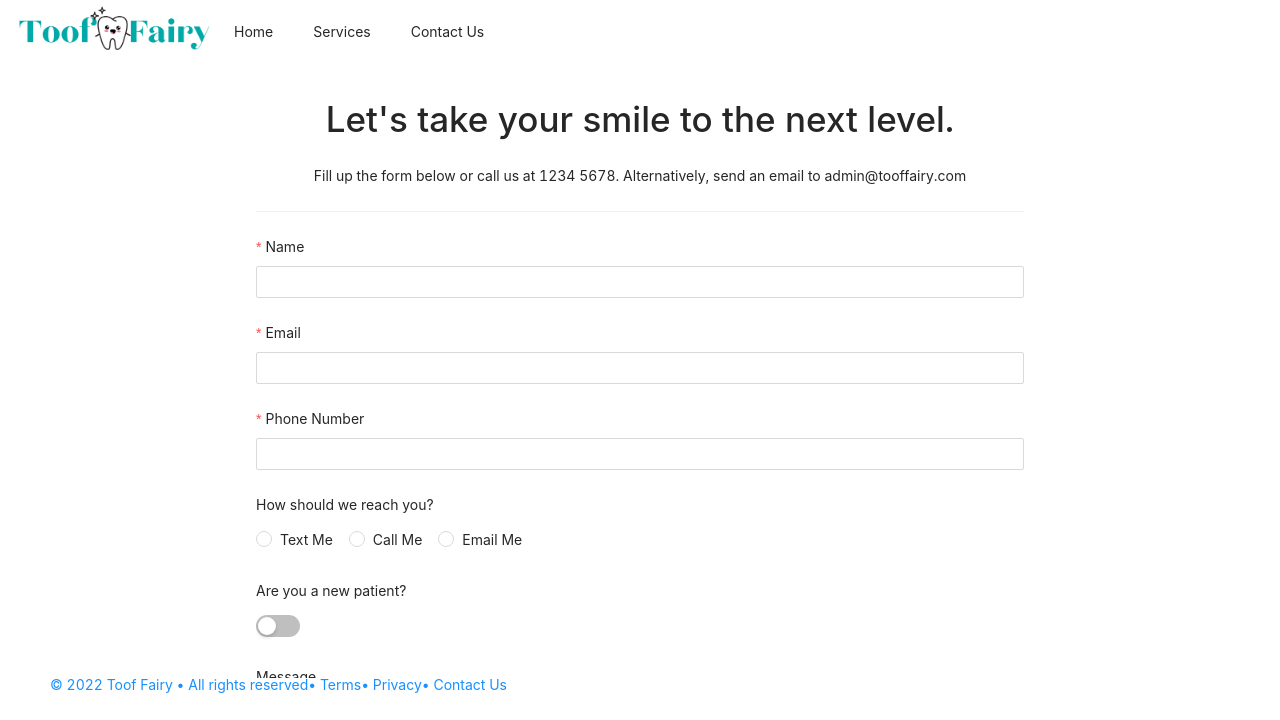
Repository: neldad1/dentist-app
Page: /contact
The author's editor kept a copy of each file at every save. The page is drawn from the files as they stood at one save, then again after the next save.
The browser window is 1280 px wide. The pictures show the whole page.
An inner scrolling area shows only its first screen. The project was rebuilt for these pictures with package versions that can differ from the ones it lists, and the page was loaded fresh each time. Also part of the build but not shown: src/components/Home.jsx, src/components/Services/ToofImg.jsx, src/components/Services/Cosmetic.jsx, src/components/Services/Restorative.jsx, src/components/Services/Preventative.jsx.

Above is the page before, as saved 2022-03-10 14:03:50.

### public/index.html
<!DOCTYPE html>
<html lang="en">
  <head>
    <meta charset="utf-8" />
    <link rel="icon" href="%PUBLIC_URL%/favicon.svg" type="image/svg+xml">
    <meta name="viewport" content="width=device-width, initial-scale=1" />
    <meta name="theme-color" content="#000000" />
    <meta
      name="description"
      content="Web site created using create-react-app"
    />
    <link rel="apple-touch-icon" href="%PUBLIC_URL%/logo192.png" />
    <!--
      manifest.json provides metadata used when your web app is installed on a
      user's mobile device or desktop. See https://developers.google.com/web/fundamentals/web-app-manifest/
    -->
    <link rel="manifest" href="%PUBLIC_URL%/manifest.json" />
    <!--
      Notice the use of %PUBLIC_URL% in the tags above.
      It will be replaced with the URL of the `public` folder during the build.
      Only files inside the `public` folder can be referenced from the HTML.

      Unlike "/favicon.ico" or "favicon.ico", "%PUBLIC_URL%/favicon.ico" will
      work correctly both with client-side routing and a non-root public URL.
      Learn how to configure a non-root public URL by running `npm run build`.
    -->
    <title>React App</title>
  </head>
  <body>
    <noscript>You need to enable JavaScript to run this app.</noscript>
    <div id="root"></div>
    <!--
      This HTML file is a template.
      If you open it directly in the browser, you will see an empty page.

      You can add webfonts, meta tags, or analytics to this file.
      The build step will place the bundled scripts into the <body> tag.

      To begin the development, run `npm start` or `yarn start`.
      To create a production bundle, use `npm run build` or `yarn build`.
    -->
  </body>
</html>

### src/index.js
import React from 'react';
import ReactDOM from 'react-dom';
import './index.css';
import App from './App';
import reportWebVitals from './reportWebVitals';

ReactDOM.render(
  //<React.StrictMode>
  <App />,
  //</React.StrictMode>,
  document.getElementById('root')
);

// If you want to start measuring performance in your app, pass a function
// to log results (for example: reportWebVitals(console.log))
// or send to an analytics endpoint. Learn more: https://bit.ly/CRA-vitals
reportWebVitals();

### src/App.js
import { BrowserRouter } from 'react-router-dom';

import 'antd/dist/antd.min.css';
import './App.css';
import AppRoutes from './AppRoutes';
import { Layout } from 'antd';
import HeaderLogo from './components/Header/HeaderLogo';
import Navigation from './components/Header/Navigation';
import { Link } from 'react-router-dom';
const { Header, Footer, Content } = Layout;

function App() {
  return (
    <BrowserRouter>
      <Layout className="layout">
        <Header className="header">
          <HeaderLogo />
          <Navigation />
        </Header>
        <Content>
          <AppRoutes />
        </Content>
        <Footer className="footer">
          <Link to="/rights">© 2022 Toof Fairy • All rights reserved </Link>
          <Link to="/terms">• Terms </Link>
          <Link to="/privacy">• Privacy </Link>
          <Link to="/contact">• Contact Us </Link>
        </Footer>
      </Layout>
    </BrowserRouter>
  );
}

export default App;

### src/App.css

h1 {
  font-size: 2.5em;
}

.layout {
  height: 100vh;
  width: 100vw;
  text-align: center;
  background: #fff;
}

.header {
  background: #fff;
  padding: 0 1em;
}

.menu {
  background: #fff;
  border: none;
  outline: none;
}

.logo {
  width: 200px;
  height: 50px;
  float: left;
  margin-top: 4px;
}

.footer {
  background: #fff;
  display: flex;
}

.intro-wrapper {
  text-align: center;
}

.home {
  width: 100%;
  height: 100%;
  margin: 2em 0;
  display: flex;
  justify-content: center;
  align-items: center;
  background-image: url('/public/tfBackground.jpg');
  background-size: cover;
  background-repeat: no-repeat;
}

.content-wrapper {
  width: 50%;
  font-family: 'Segoe UI', sans-serif;
  margin-left: 10em;
  color: whitesmoke;
  display: block;
}
.tagline1 {
  font-weight: bolder;
  font-size: 2em;
  margin: 0;
  line-height: 1;
}

.contact-form {
  text-align: left;
}

.main-content {
  height: 100%;
  width: 60%;
  overflow-y: scroll;
  display: block;
  margin: 2em auto;
}

.service-info {
  display: flex;
  text-align: left;
  margin-bottom: 1em;
  align-items: center;
}

.service-definition {
  margin-left: 1.5em;
}

@media screen and (max-width: 768px) {
  .main-content {
    width: 100%;
    margin: 0.5em;
  }
}

### src/AppRoutes.jsx
import { Route, Routes } from 'react-router-dom';
import Home from './components/Home';
import Contact from './components/Contact';
import Cosmetic from './components/Services/Cosmetic';
import Restorative from './components/Services/Restorative';
import Preventative from './components/Services/Preventative';

const AppRoutes = () => {
  return (
    <Routes>
      <Route exact path="/" element={<Home />} />
      <Route path="/cosmetic" element={<Cosmetic />} />
      <Route path="/restorative" element={<Restorative />} />
      <Route path="/preventative" element={<Preventative />} />
      <Route path="/contact" element={<Contact />} />
    </Routes>
  );
};

export default AppRoutes;

### src/components/Header/HeaderLogo.jsx
import { Link } from 'react-router-dom';

const HeaderLogo = () => {
  return (
    <Link to="/">
      <img className="logo" src={require('./tfLogo.png')} alt="TF" />
    </Link>
  );
};

export default HeaderLogo;

### src/components/Header/Navigation.jsx
import { Link } from 'react-router-dom';
import { Menu } from 'antd';
const { SubMenu } = Menu;

const Navigation = () => {
  return (
    <Menu mode="horizontal" className="menu">
      <Menu.Item key="home">
        <span>Home</span>
        <Link to="/" />
      </Menu.Item>
      <SubMenu key="subMenu" title="Services">
        <Menu.Item key="cosmetic">
          <span>Cosmetic</span>
          <Link to="/cosmetic" />
        </Menu.Item>
        <Menu.Item key="restore">
          <span>Restorative</span>
          <Link to="/restorative" />
        </Menu.Item>
        <Menu.Item key="prevent">
          <span>Preventative</span>
          <Link to="/preventative" />
        </Menu.Item>
      </SubMenu>
      <Menu.Item key="contact">
        <span>Contact Us</span>
        <Link to="/contact" />
      </Menu.Item>
    </Menu>
  );
};

export default Navigation;

### src/components/Contact.jsx
import { Form, Input, Button, Switch, Radio, Divider } from 'antd';

const layout = {
  labelCol: {
    span: 8,
  },
  wrapperCol: {
    span: 16,
  },
};

/* eslint-disable no-template-curly-in-string */

/* const validateMessages = {
  required: '${label} is required!',
  types: {
    email: '${label} is not a valid email!',
    number: '${label} is not a valid number!',
  },
  number: {
    len: '${label} must have 10 numbers',
  },
}; */
/* eslint-enable no-template-curly-in-string */

const Contact = () => {
  const onFinish = (values) => {
    values.preventDefault();
    console.log('Submitted');
  };

  return (
    <div className="main-content">
      <div>
        <h1>Let's take your smile to the next level.</h1>
        <p>
          Fill up the form below or call us at 1234 5678. Alternatively, send an
          email to admin@tooffairy.com
        </p>
      </div>
      <Divider />
      <Form
        className="contact-form"
        layout="vertical"
        name="nest-messages"
        onSubmit={onFinish}
      >
        <Form.Item
          name={['user', 'name']}
          label="Name"
          rules={[
            {
              required: true,
              message: 'Name is required.',
            },
          ]}
        >
          <Input />
        </Form.Item>
        <Form.Item
          name={['user', 'email']}
          label="Email"
          rules={[
            {
              type: 'email',
              required: true,
              message: 'Email is required.',
            },
          ]}
        >
          <Input />
        </Form.Item>
        <Form.Item
          name="phone"
          label="Phone Number"
          rules={[
            {
              required: true,
              len: 10,
              message: 'Phone is required.',
            },
          ]}
        >
          <Input
            type="number"
            controls={false}
            style={{
              width: '100%',
            }}
          />
        </Form.Item>
        <Form.Item name="radio-group" label="How should we reach you?">
          <Radio.Group>
            <Radio value="a">Text Me</Radio>
            <Radio value="b">Call Me</Radio>
            <Radio value="c">Email Me</Radio>
          </Radio.Group>
        </Form.Item>
        <Form.Item
          name="switch"
          label="Are you a new patient?"
          valuePropName="checked"
        >
          <Switch />
        </Form.Item>
        <Form.Item name={['user', 'Message']} label="Message">
          <Input.TextArea />
        </Form.Item>
        <Form.Item wrapperCol={{ ...layout.wrapperCol, offset: 8 }}>
          <Button type="primary" htmlType="submit">
            Submit
          </Button>
        </Form.Item>
      </Form>
    </div>
  );
};

export default Contact;

Loaded but not shown: src/index.css (common file); src/reportWebVitals.js (common file)

After the next save:
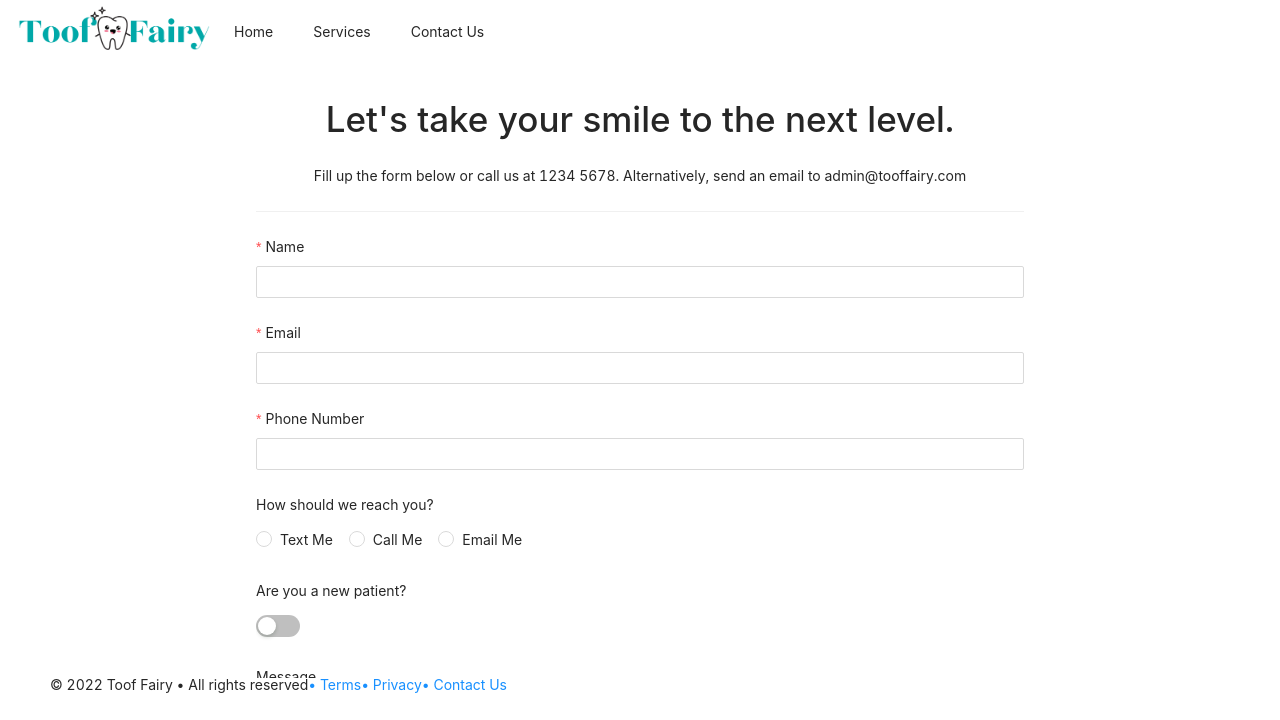
Saved 34 s later.
--- a/src/App.js
+++ b/src/App.js
@@ -21,7 +21,7 @@ function App() {
           <AppRoutes />
         </Content>
         <Footer className="footer">
-          <Link to="/rights">© 2022 Toof Fairy • All rights reserved </Link>
+          <span>© 2022 Toof Fairy • All rights reserved </span>
           <Link to="/terms">• Terms </Link>
           <Link to="/privacy">• Privacy </Link>
           <Link to="/contact">• Contact Us </Link>
